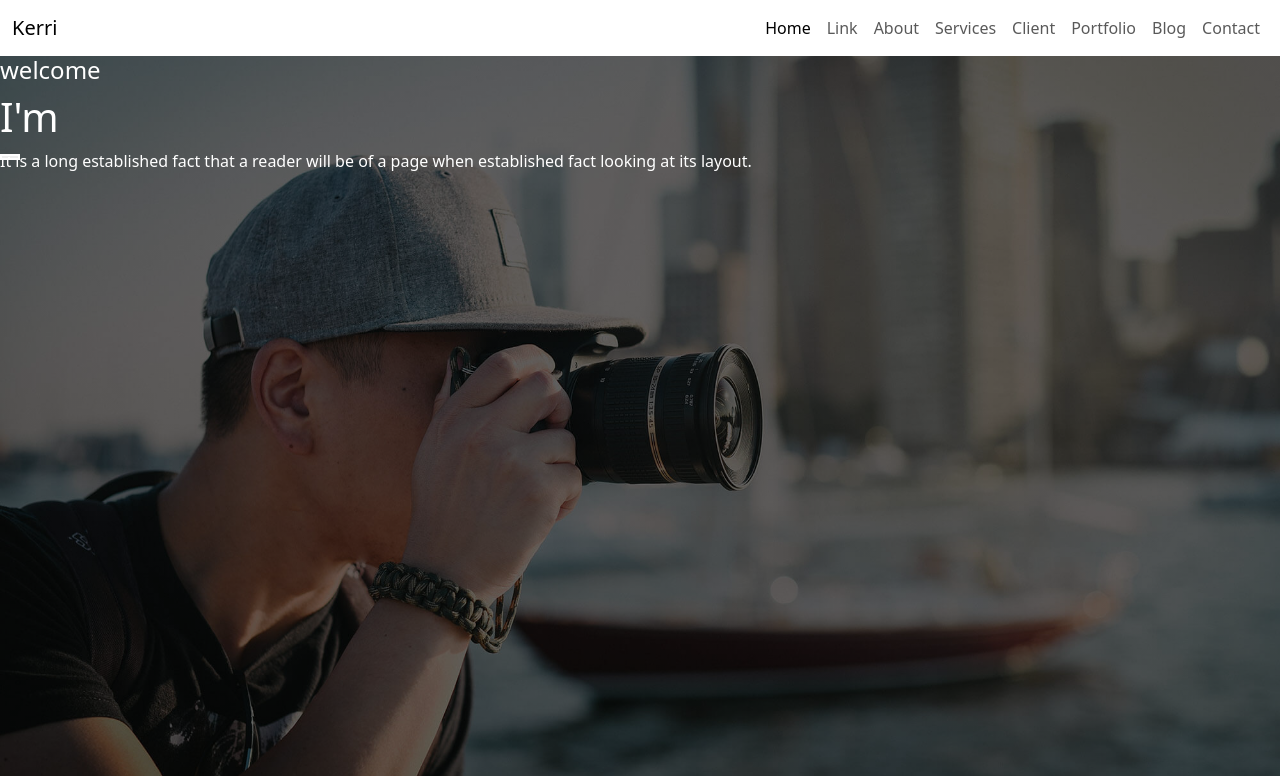
Repository: khaledradwan96/Kerri
Page: index.html
The author's editor kept a copy of each file at every save. The page is drawn from the files as they stood at one save, then again after a run of saves.
The browser window is 1280 px wide. The pictures show the whole page.

Above is the page before, as saved 2024-05-06 20:08:54.

After the next 2 saves:
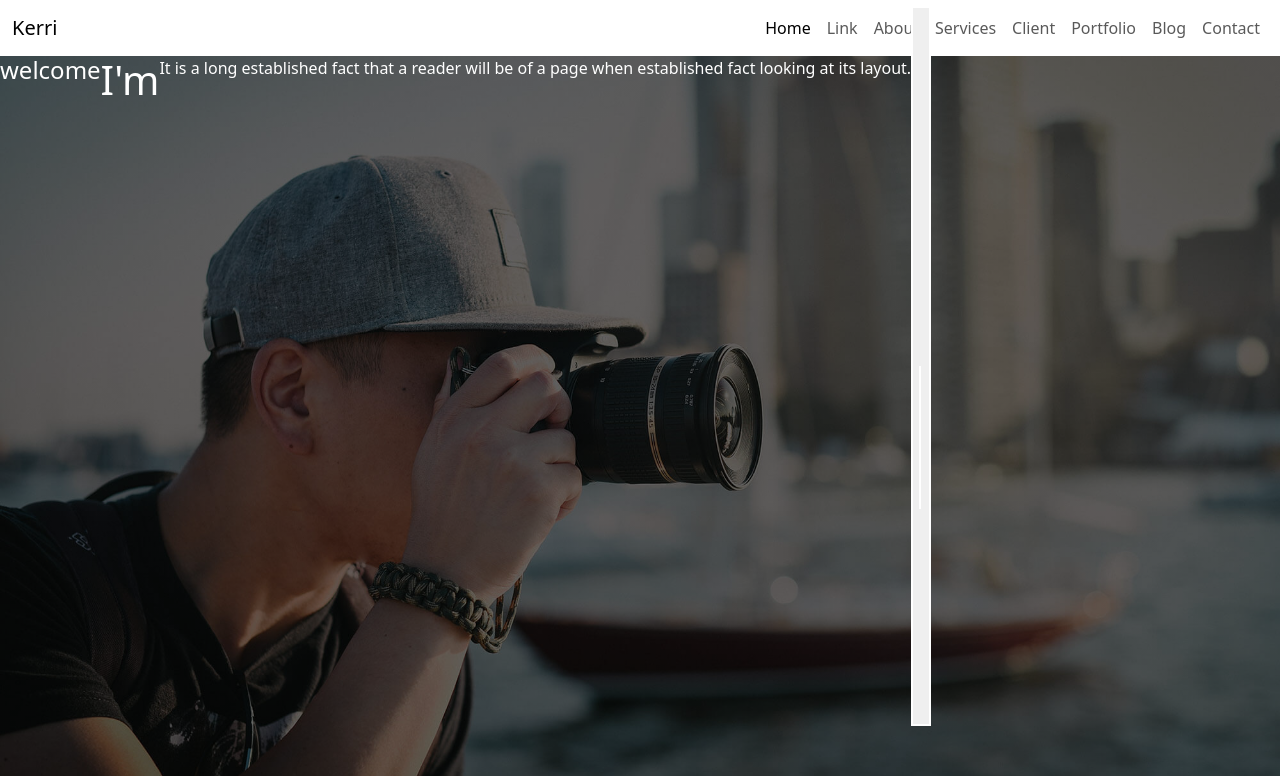
The 2 saves are shown as one change because they came seconds apart.
The last was saved 13 s later.
--- a/index.html
+++ b/index.html
@@ -53,7 +53,7 @@
             </div>
     </nav>
 
-    <header class="position-relative vh-100 text-white">
+    <header class="position-relative vh-100 text-white d-flex">
         <h4>welcome</h4>
         <h1>
             I'm
